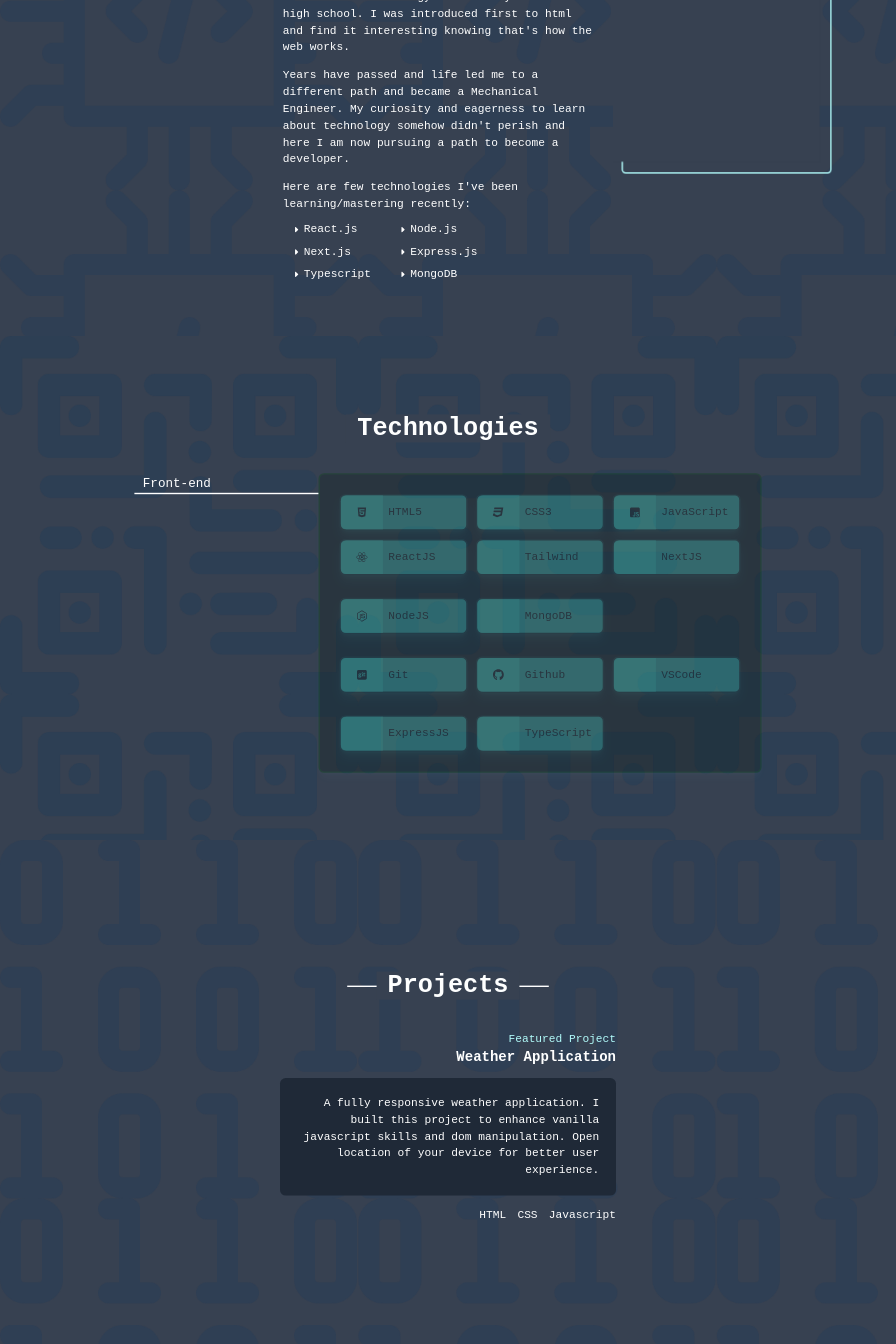
Repository: riandev25/nextjs-portfolio
Page: /
These files come from the project's save history. The page is drawn as it stood at one moment and after the next save; the edit follows.
The browser window is 1280 px wide. The pictures show the part of the page from y = 960 to 2880 px (the page is 2880 px tall), at 70% of full size.
Backgrounds fixed to the window are drawn as part of the page. The project was rebuilt for these pictures with package versions that can differ from the ones it lists, and the page was loaded fresh each time. The framework's server and built-in components were replaced by stand-ins that run in the browser. Also part of the build but not shown: next.config.js, components/Home/Keyboard/index.module.css, components/Home/Keyboard/index.jsx.

Above is the page before, as saved 2022-11-12 19:04:22.

After the next save:
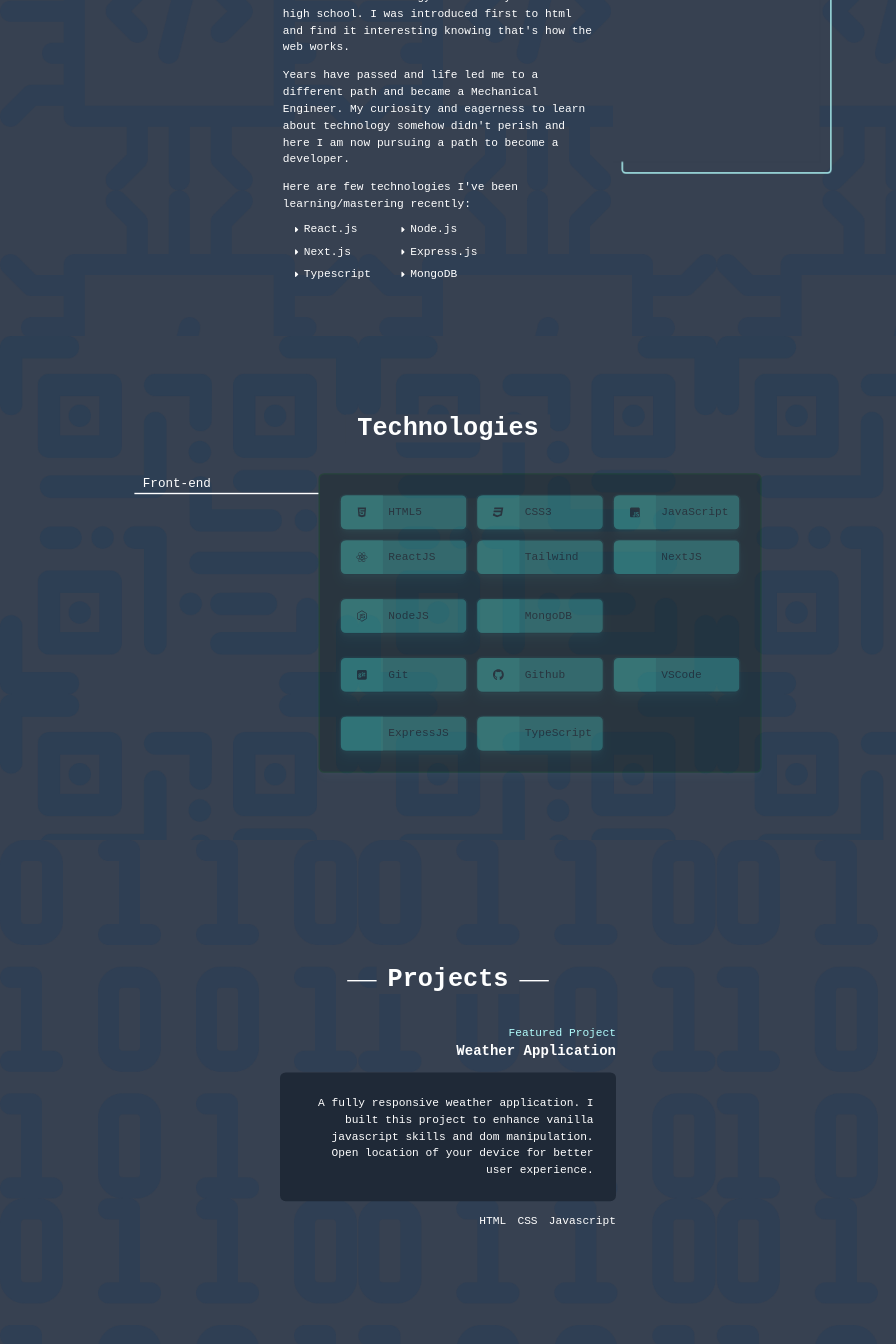
Saved 50 s later.
--- a/components/Projects/index.jsx
+++ b/components/Projects/index.jsx
@@ -39,7 +39,7 @@ const Projects = () => {
             <h2 className='text-neon'>Featured Project</h2>
             <h1 className='text-xl font-bold'>Weather Application</h1>
           </div>
-          <div className='bg-gray-800 p-6 rounded-lg'>
+          <div className='bg-gray-800 p-8 rounded-lg'>
             <p className='text-right'>
               A fully responsive weather application. I built this project to
               enhance vanilla javascript skills and dom manipulation. Open
